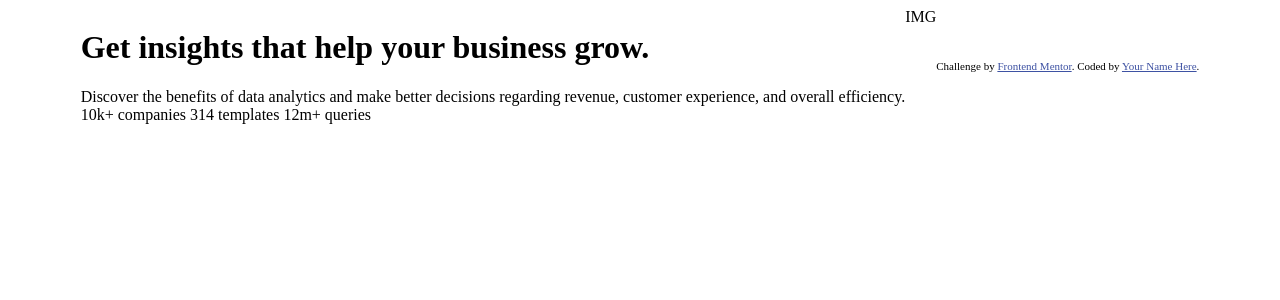
Repository: wasanmsn/Card_Challange
Page: index.html
These files come from the project's save history. The page is drawn as it stood at one moment and after the next save; the edit follows.
The browser window is 1280 px wide. The pictures show the whole page.

Above is the page before, as saved 2021-07-21 15:42:37.

After the next save:
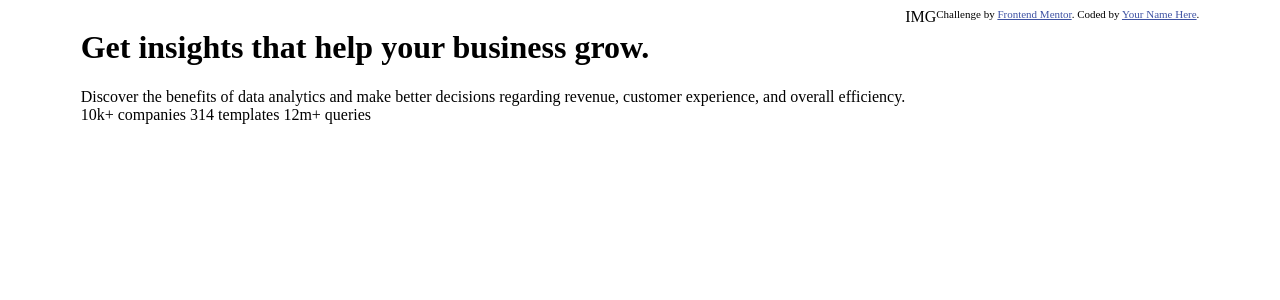
Saved 22 s later.
--- a/stylesheet.css
+++ b/stylesheet.css
@@ -1,8 +1,8 @@
 body{
     display: flex;
-    align-items: center;
     justify-content: center;
 }
 .container{
     display: flex;
+    align-self: center;
 }
